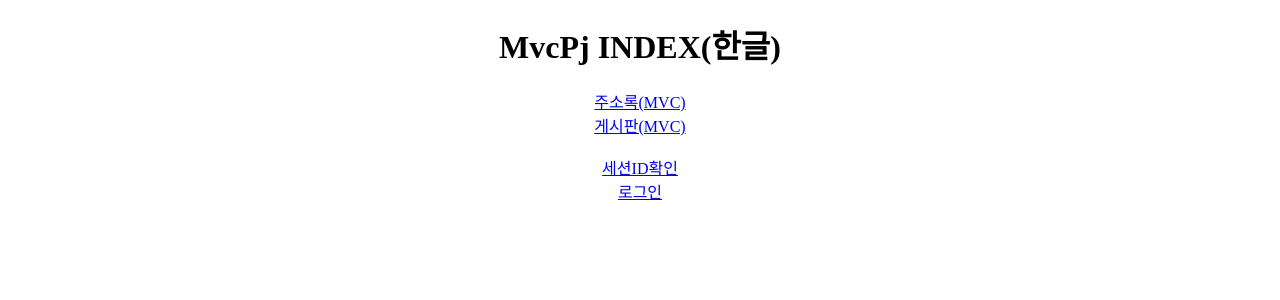
Repository: betweenhj702/Web-App-Server-Practices
Page: http://localhost/MvcPj/
The author's editor kept a copy of each file at every save. The page is drawn from the files as they stood at one save, then again after the next save.
The browser window is 1280 px wide. The pictures show the whole page.
The page is served by Tomcat 9.

Above is the page before, as saved 2021-01-05 16:17:28.

After the next save:
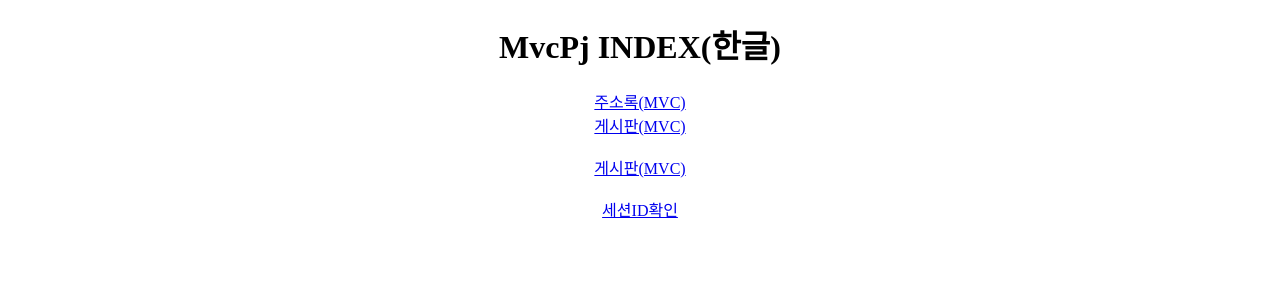
Saved 114 s later.
--- a/workspace/MvcPj/WebContent/index.jsp
+++ b/workspace/MvcPj/WebContent/index.jsp
@@ -12,10 +12,10 @@
 		<p>
 			<a href="addr/addr.do">주소록(MVC)</a><br/>
 		 	<a href="sm/sm.do?cp=1&ps=3">게시판(MVC)</a><br/><br/>
-
+		 	<a href="login/login.do?m=form">게시판(MVC)</a><br/><br/>
 		 	<a href="scope/session_test.jsp">세션ID확인</a><br/>
 
-		 		<a href="login/login.do">로그인</a><br/>
+
 
 
 		</p>
